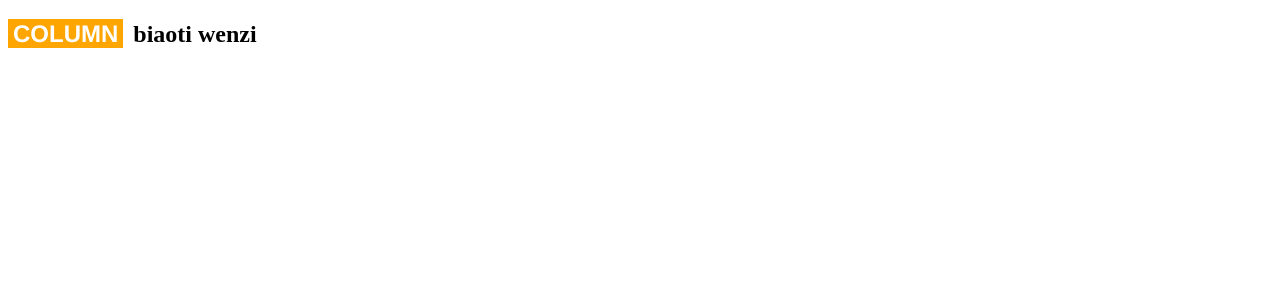
Repository: lixinso/html5
Page: workspace/CSS3/WebContent/selector_insert/selector_alt.html
An editor plug-in stored every save of this project. The page is shown before and after the next save, followed by the edit.
The browser window is 1280 px wide. The pictures show the whole page.

Above is the page before, as saved 2011-05-27 15:50:33.

After the next save:
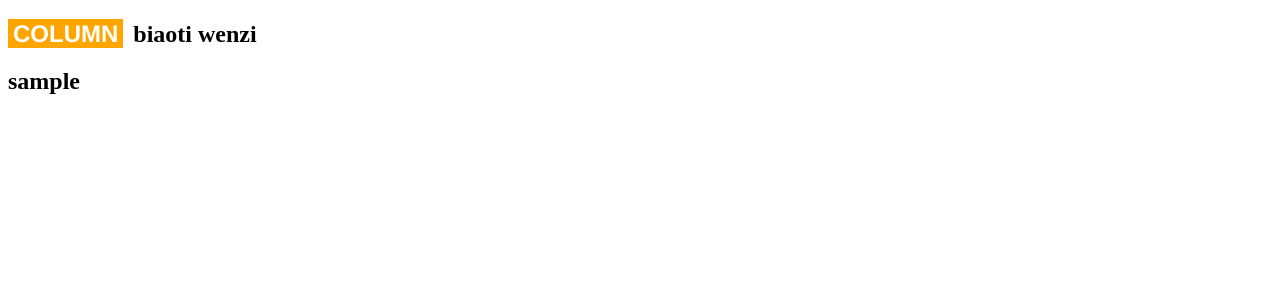
Saved 17 s later.
--- a/workspace/CSS3/WebContent/selector_insert/selector_alt.html
+++ b/workspace/CSS3/WebContent/selector_insert/selector_alt.html
@@ -22,6 +22,6 @@
 </head>
 <body>
 	<h2>biaoti wenzi</h2>
-
+	<h2 class="sample">sample</h2>
 </body>
 </html>
